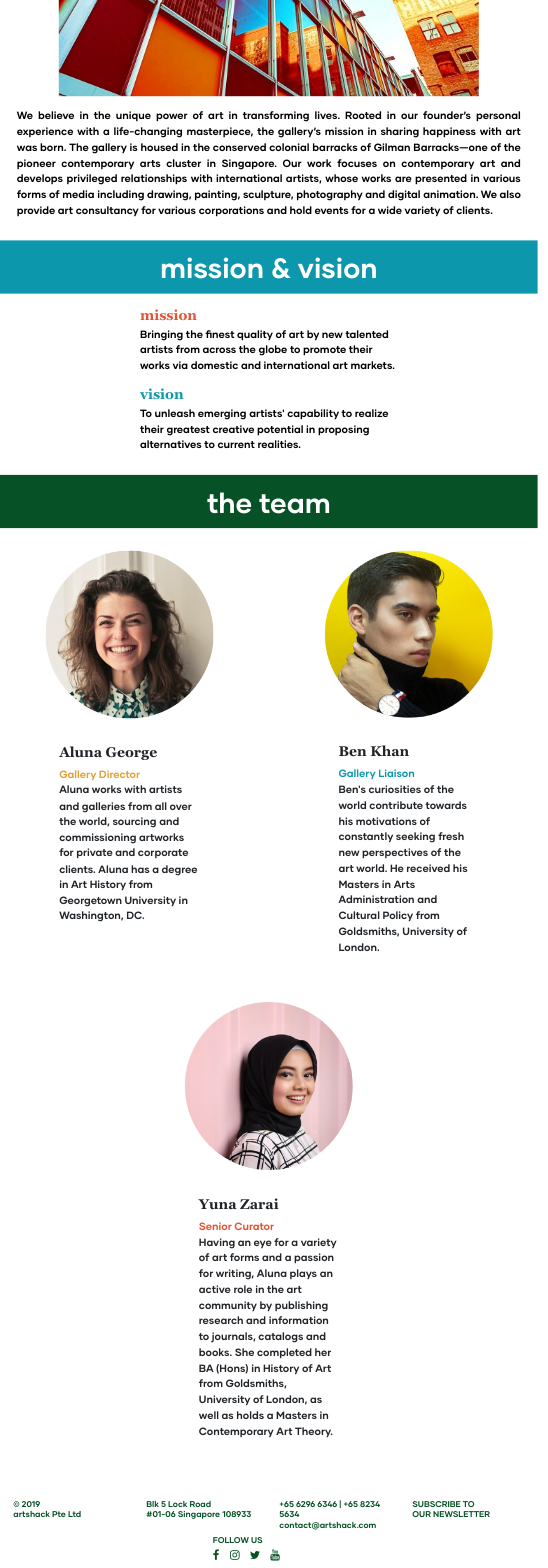
Repository: lynette-lyf/artshack
Page: about.html
The author's editor kept a record of every edit. The page is drawn from the files as they stood at one moment, then again after the next edit.
The browser window is 768 px wide. The page is 783 px wide, so the pictures cover 783 px, including what lies to the right of the window. The pictures show the part of the page from y = 599 to 2839 px (the page is 2839 px tall), at 70% of full size.

Above is the page before.
Not found: about.css

After the next edit:
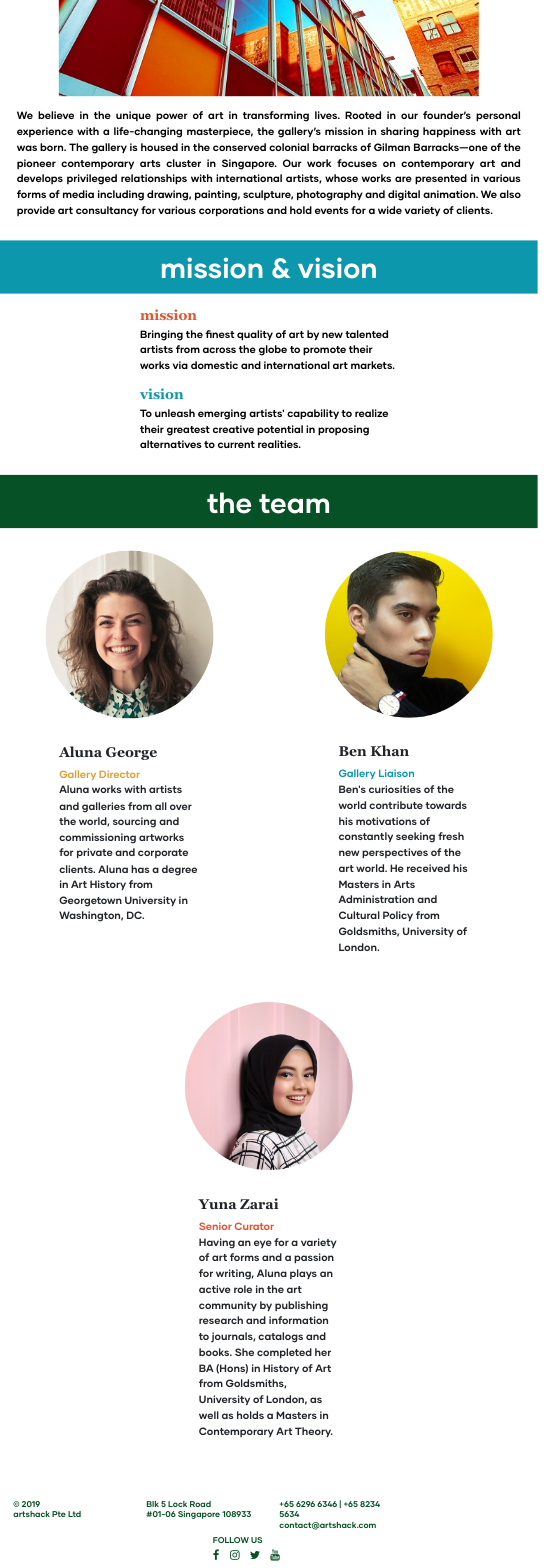
The edit:
--- a/about.html
+++ b/about.html
@@ -178,6 +178,9 @@
   color: rgb(221,160,51);
 }
 
+@media (max-width: 1023px) {
+  .container-fluid-footer .newsletter { display: none; }
+}
 .container-fluid-ourstory #our-story,
 .container-fluid-objective #objective,
 .container-fluid-team #team {
